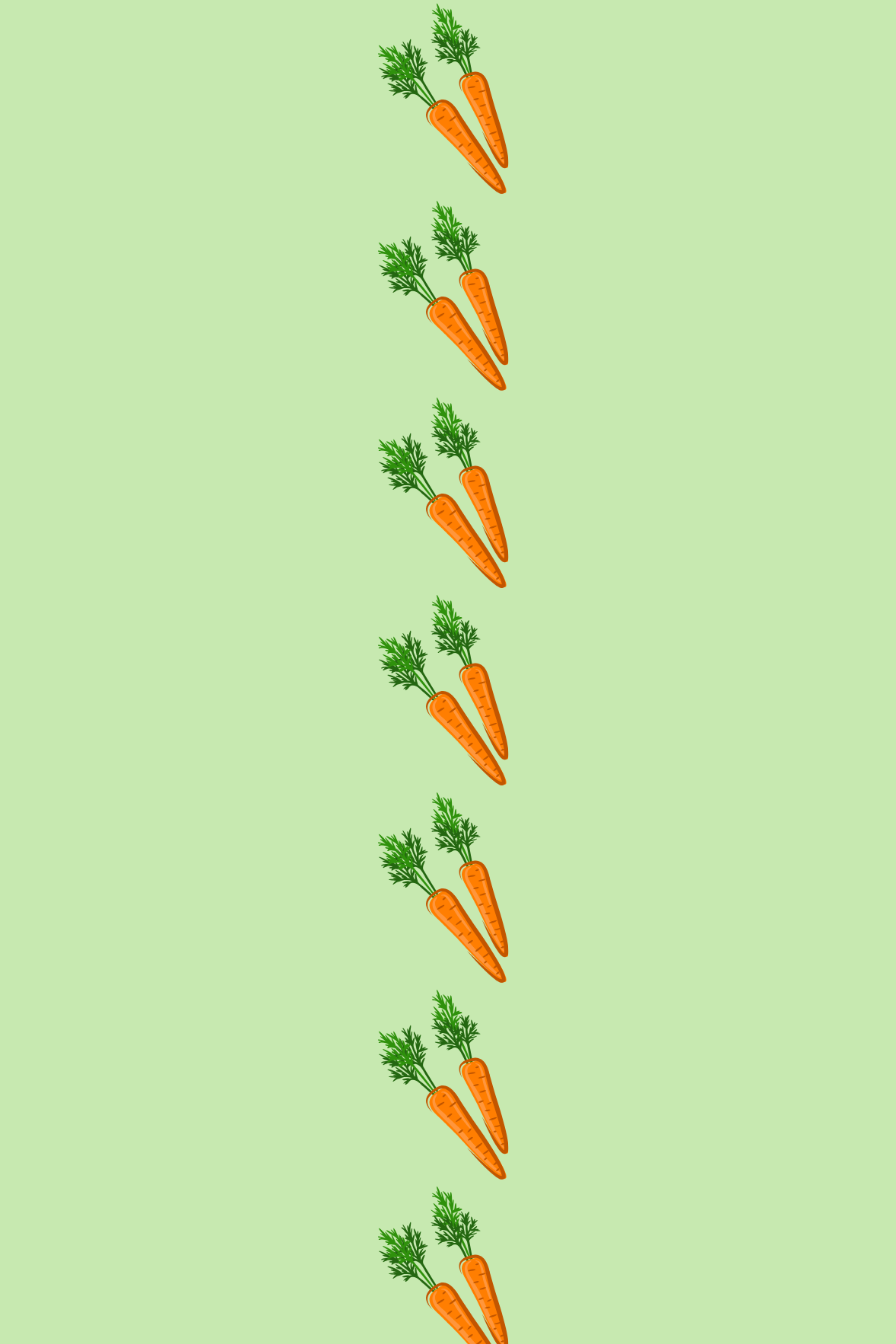
Repository: sephinejo/frontend-browser-101
Page: browser/practice-find-rabbit/index.html
These files come from the project's save history. The page is drawn as it stood at one moment and after the next save; the edit follows.
The browser window is 1280 px wide. The pictures show the part of the page from y = 0 to 1920 px (the page is 3344 px tall), at 70% of full size.

Above is the page before, as saved 2023-05-10 21:09:20.

### browser/practice-find-rabbit/index.html
<!DOCTYPE html>
<html lang="en">
  <head>
    <meta charset="UTF-8" />
    <meta name="viewport" content="width=device-width, initial-scale=1.0" />
    <title>Scroll</title>
    <style>
      body {
        margin: 0;
        display: flex;
        flex-direction: column;
        align-items: center;
        background-color: #c7e9b0;
      }
      img {
        margin: 5px;
        width: 200px;
      }
    </style>
  </head>
  <body>
    <img src="img/carrot.png" alt="carrot" />
    <img src="img/carrot.png" alt="carrot" />
    <img src="img/carrot.png" alt="carrot" />
    <img src="img/carrot.png" alt="carrot" />
    <img src="img/carrot.png" alt="carrot" />
    <img src="img/carrot.png" alt="carrot" />
    <img src="img/carrot.png" alt="carrot" />
    <img src="img/rabbit.png" alt="rabbit" />
    <img src="img/carrot.png" alt="carrot" />
    <img src="img/carrot.png" alt="carrot" />
    <img src="img/carrot.png" alt="carrot" />
    <img src="img/carrot.png" alt="carrot" />

    <script></script>
  </body>
</html>

After the next save:
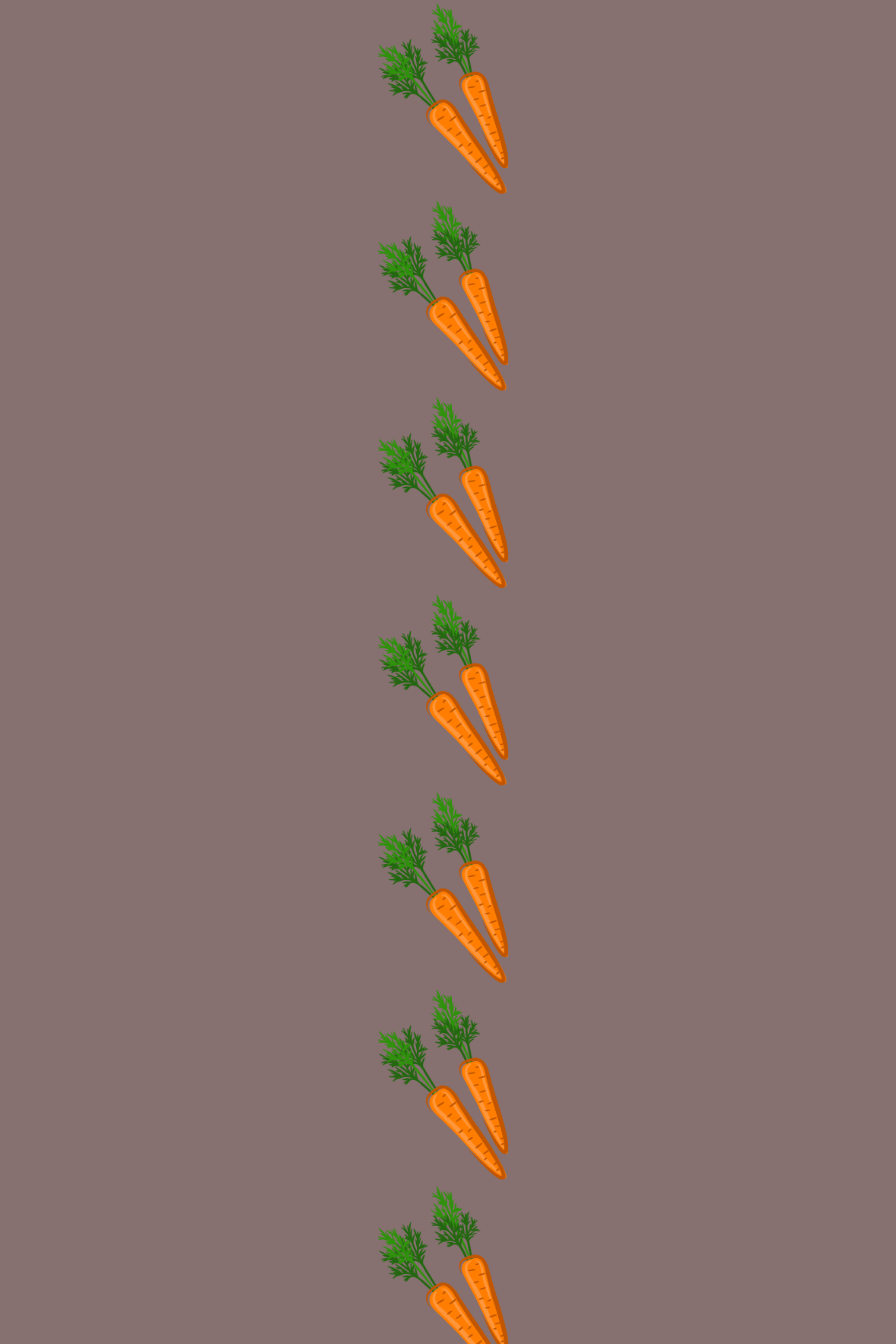
Saved 11 s later.
--- a/browser/practice-find-rabbit/index.html
+++ b/browser/practice-find-rabbit/index.html
@@ -10,7 +10,7 @@
         display: flex;
         flex-direction: column;
         align-items: center;
-        background-color: #c7e9b0;
+        background-color: #867070;
       }
       img {
         margin: 5px;
